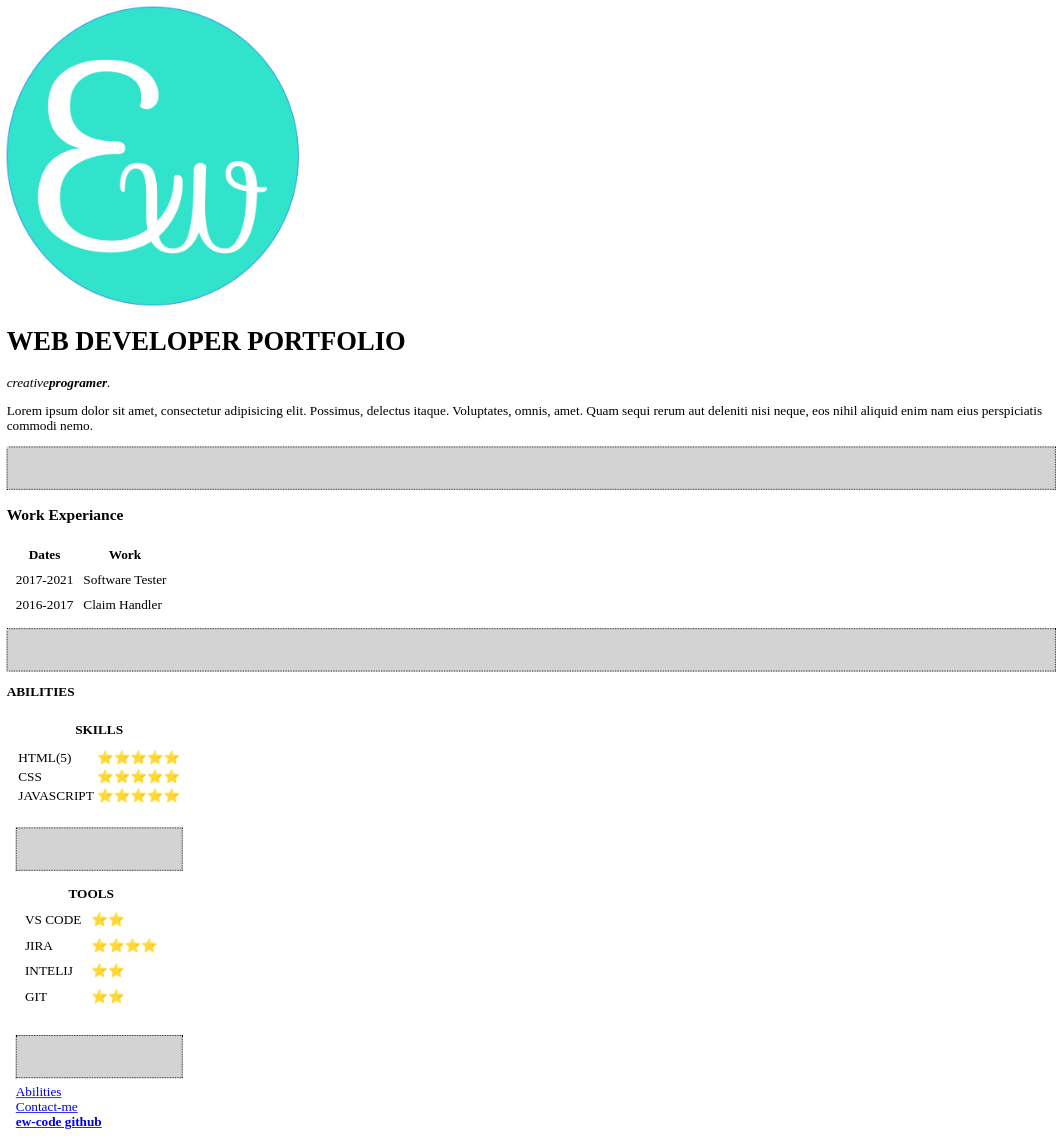
Repository: ew-code/Web-Development
Page: HTML - Personal Site/index.html
These files come from the project's save history. The page is drawn as it stood at one moment and after the next save; the edit follows.
The browser window is 1280 px wide. The pictures show the whole page, at 83% of full size.

Above is the page before, as saved 2021-01-06 21:07:06.

After the next save:
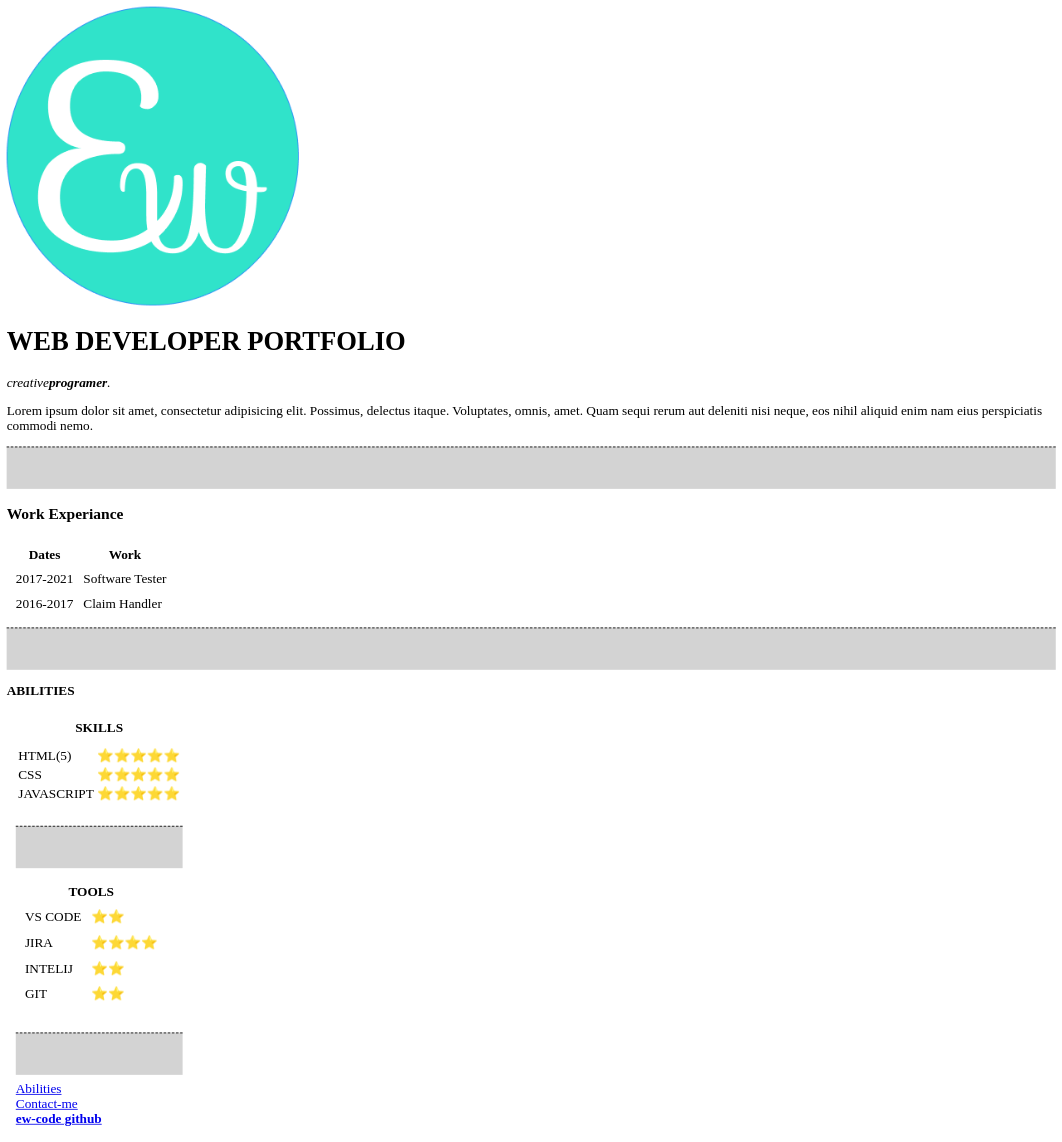
Saved 109 s later.
--- a/HTML - Personal Site/index.html
+++ b/HTML - Personal Site/index.html
@@ -11,7 +11,7 @@
      background-color: lightgray;
      border-style: none;
      height: 50px;
-     border-style: dotted;
+     border-top-style: dashed;
    }
 </style>
 
